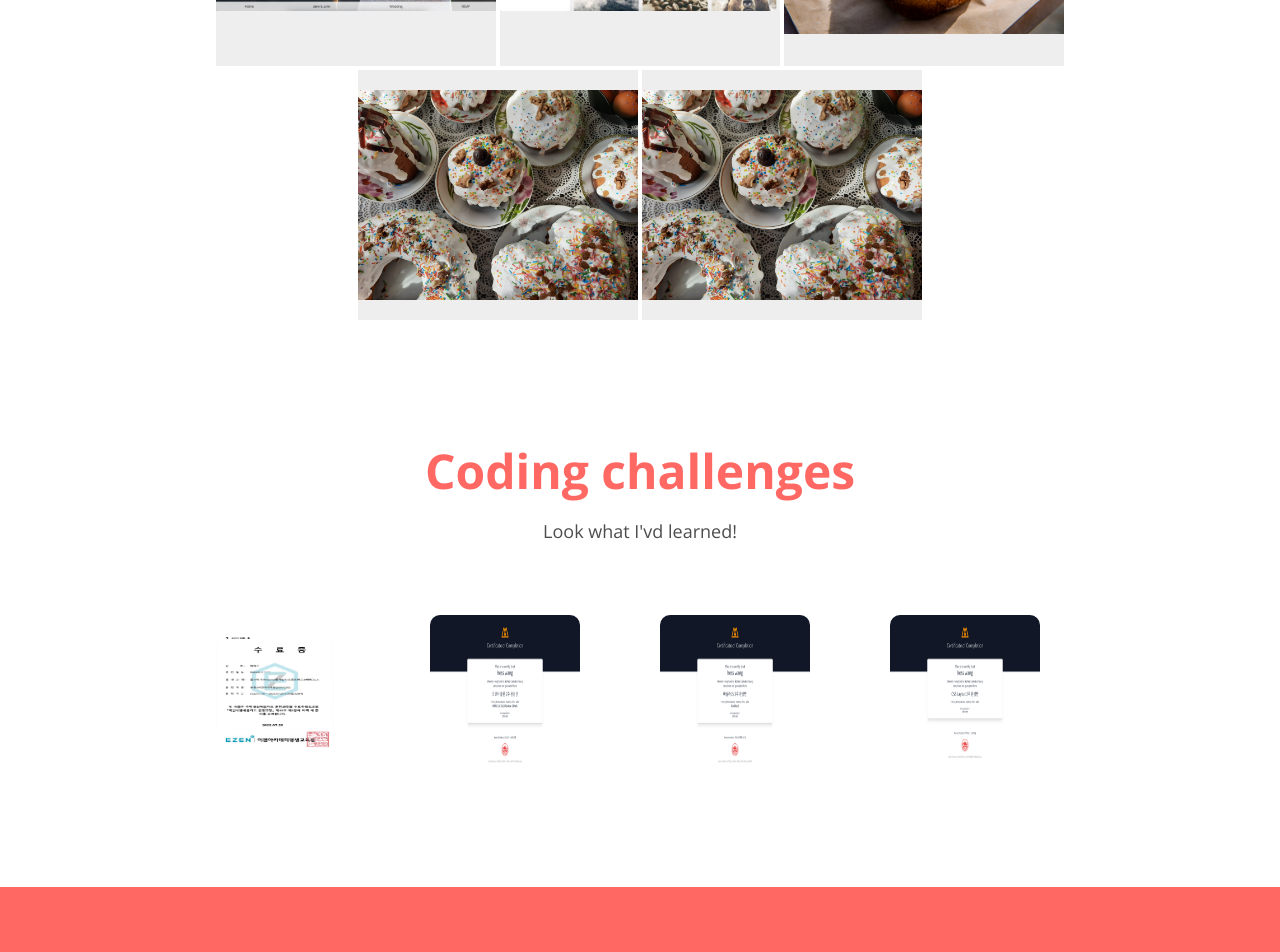
Repository: hesshess/Portfolio
Page: index.html
An editor plug-in stored every save of this project. The page is shown before and after the next save, followed by the edit.
The browser window is 1280 px wide. The pictures show the part of the page from y = 2080 to 3032 px (the page is 3375 px tall).
Some web libraries are served in a nearby version.

Above is the page before, as saved 2022-10-19 11:51:47.

After the next save:
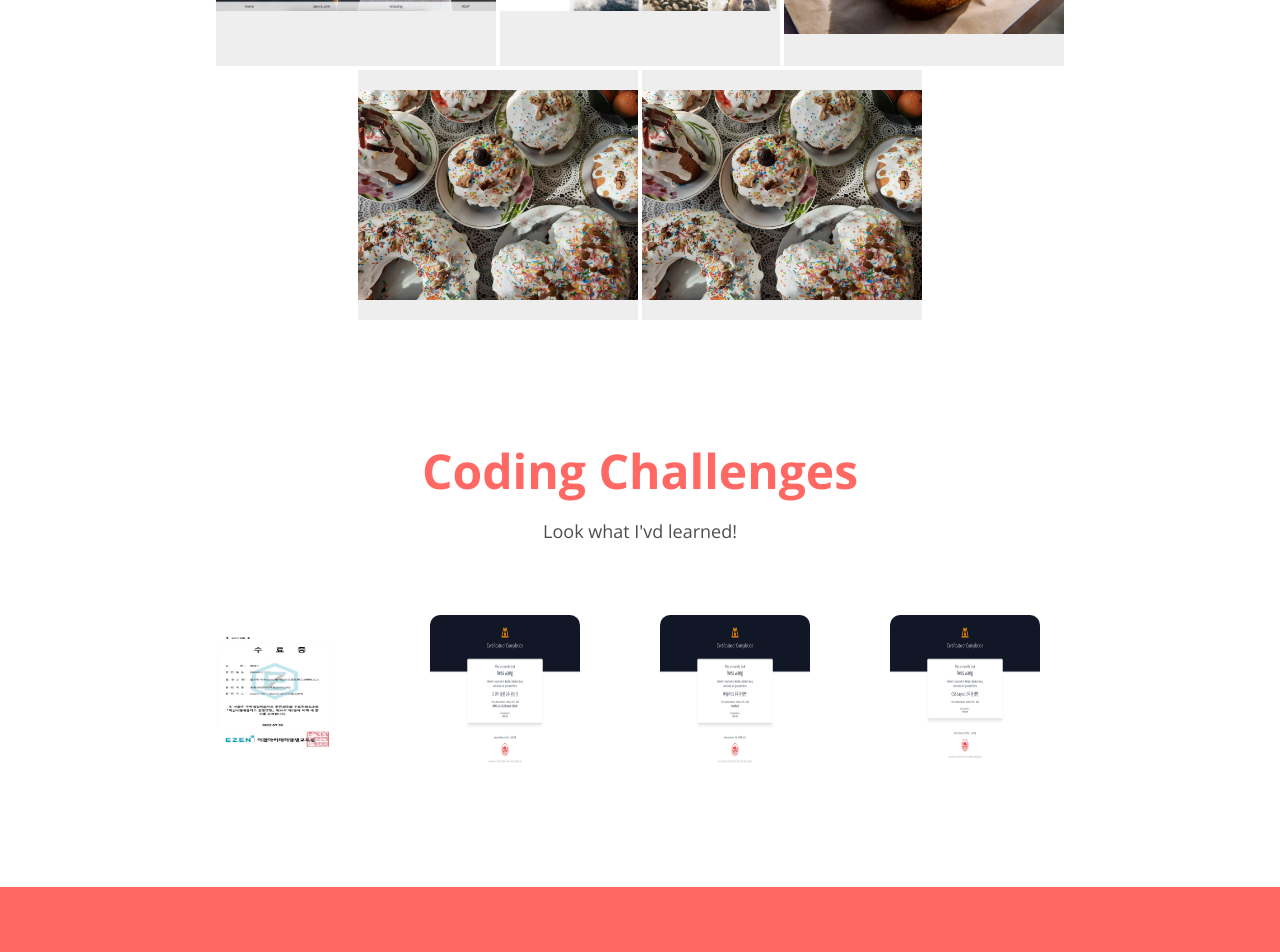
Saved 80 s later.
--- a/index.html
+++ b/index.html
@@ -232,7 +232,7 @@
     <!-- Testimonials -->
     <section id="testimonials" class="section">
       <div class="section__container">
-        <h1>Coding challenges</h1>
+        <h1>Coding Challenges</h1>
         <h3>Look what I'vd learned!</h3>
         <div class="testimonials">
           <div class="testimonial">
